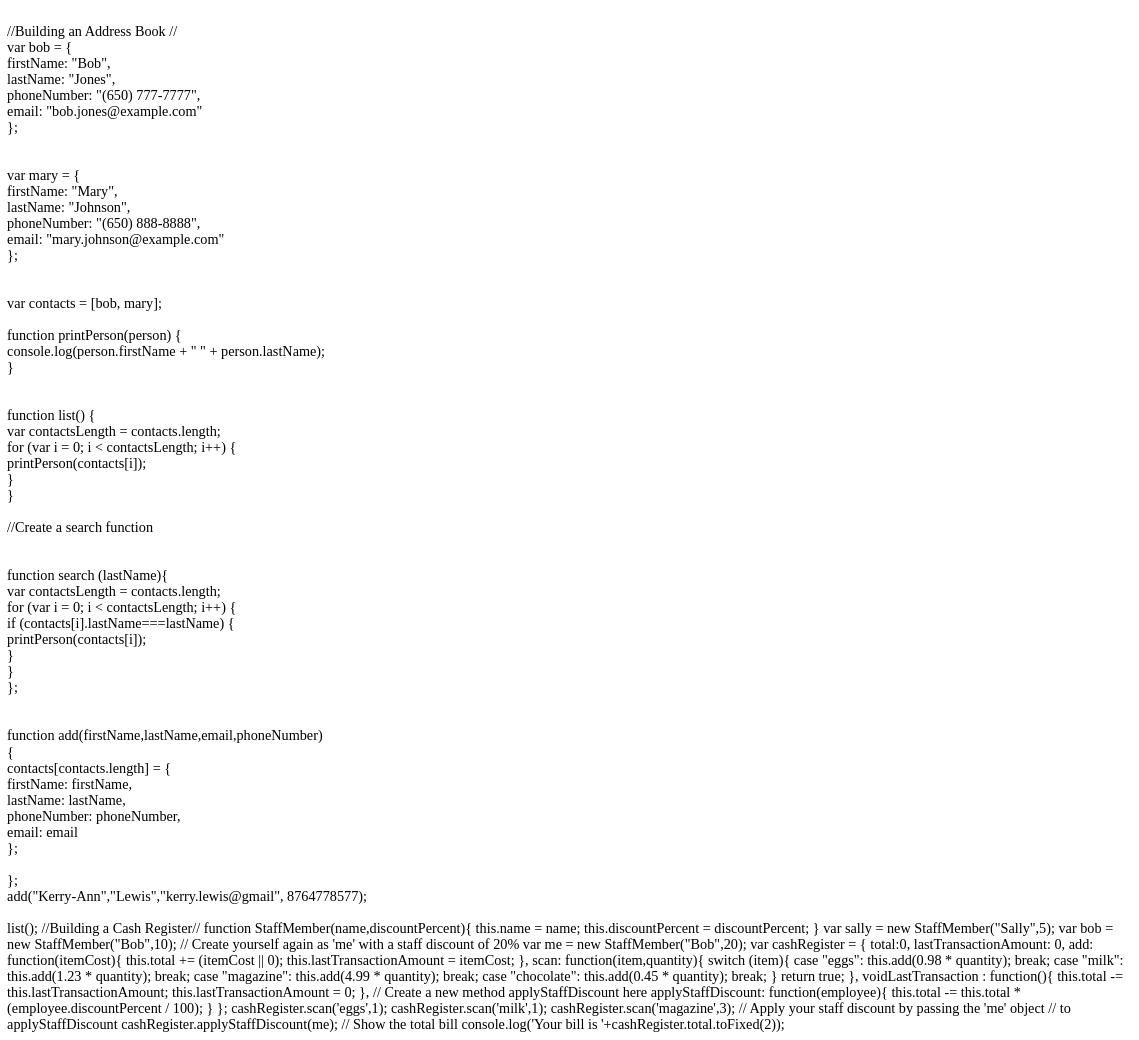
Repository: kernicole/info2180project1
Page: script.html
The author's editor kept a record of every edit. The page is drawn from the files as they stood at one moment, then again after the next edit.
The browser window is 1280 px wide. The pictures show the whole page, at 89% of full size.

Above is the page before.

### script.html
<html>
<title> Script Source Code </title>
<body>
<br/>//Building an Address Book //
<br/>var bob = {
<br/>    firstName: "Bob",
<br/>    lastName: "Jones",
<br/>    phoneNumber: "(650) 777-7777",
<br/>    email: "bob.jones@example.com"
<br/>};
<br/>
<br/>
<br/>var mary = {
<br/>    firstName: "Mary",
<br/>    lastName: "Johnson",
<br/>    phoneNumber: "(650) 888-8888",
<br/>    email: "mary.johnson@example.com"
<br/>};
<br/>
<br/>
<br/>var contacts = [bob, mary];
<br/>
<br/>function printPerson(person) {
<br/>    console.log(person.firstName + " " + person.lastName);
<br/>}
<br/>
<br/>
<br/>function list() {
<br/>	var contactsLength = contacts.length;
<br/>	for (var i = 0; i < contactsLength; i++) {
<br/>		printPerson(contacts[i]);
<br/>	}
<br/>}
<br/>
<br/>//Create a search function
<br/>
<br/>
<br/>function search (lastName){
<br/>   var contactsLength = contacts.length;
<br/>	for (var i = 0; i < contactsLength; i++) {
<br/>	    if (contacts[i].lastName===lastName) {
<br/>	        printPerson(contacts[i]);
<br/>	    }
<br/>	}
<br/>};



<br/>
<br/>

<br/>function add(firstName,lastName,email,phoneNumber)
<br/>{
<br/>    contacts[contacts.length] = {
<br/>    firstName: firstName,
<br/>    lastName: lastName,
<br/>    phoneNumber: phoneNumber,
<br/>    email: email
<br/>};

<br/>


<br/>};


<br/>add("Kerry-Ann","Lewis","kerry.lewis@gmail", 8764778577);
<br/>
<br/>list();






//Building a Cash Register//



function StaffMember(name,discountPercent){
    this.name = name;
    this.discountPercent = discountPercent;
}

var sally = new StaffMember("Sally",5);
var bob = new StaffMember("Bob",10);

// Create yourself again as 'me' with a staff discount of 20%
var me = new StaffMember("Bob",20);

var cashRegister = {
    total:0,
    lastTransactionAmount: 0,
    add: function(itemCost){
        this.total += (itemCost || 0);
        this.lastTransactionAmount = itemCost;
    },
    scan: function(item,quantity){
        switch (item){
        case "eggs": this.add(0.98 * quantity); break;
        case "milk": this.add(1.23 * quantity); break;
        case "magazine": this.add(4.99 * quantity); break;
        case "chocolate": this.add(0.45 * quantity); break;
        }
        return true;
    },
    voidLastTransaction : function(){
        this.total -= this.lastTransactionAmount;
        this.lastTransactionAmount = 0;
    },
    // Create a new method applyStaffDiscount here
    applyStaffDiscount: function(employee){
        this.total -= this.total * (employee.discountPercent / 100);
    }

};

cashRegister.scan('eggs',1);
cashRegister.scan('milk',1);
cashRegister.scan('magazine',3);
// Apply your staff discount by passing the 'me' object
// to applyStaffDiscount
cashRegister.applyStaffDiscount(me);

// Show the total bill
console.log('Your bill is '+cashRegister.total.toFixed(2));
</body>
</html>

After the next edit:
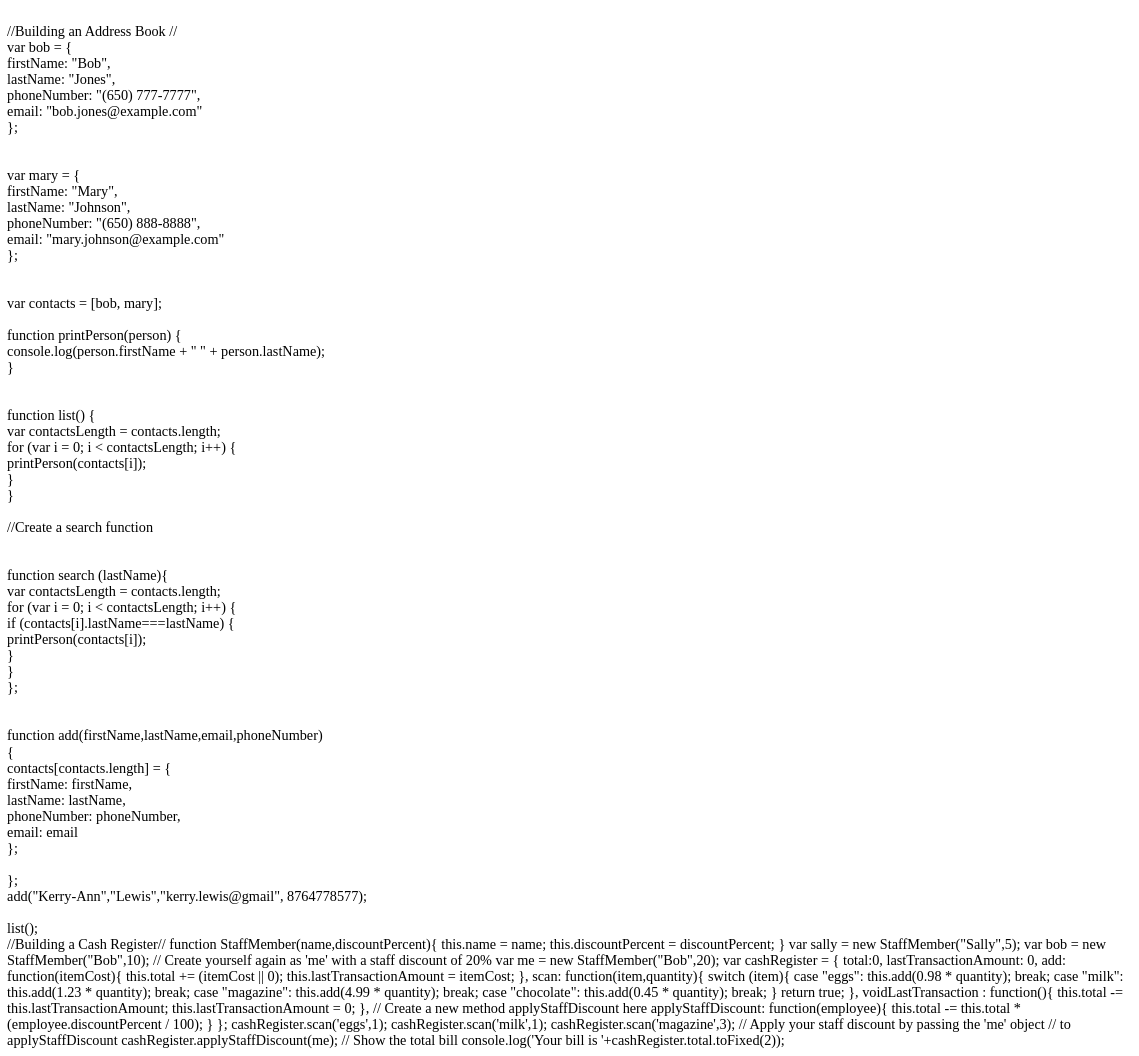
The edit:
--- a/script.html
+++ b/script.html
@@ -73,7 +73,7 @@
 
 
 
-//Building a Cash Register//
+<br/>//Building a Cash Register//
 
 
 
